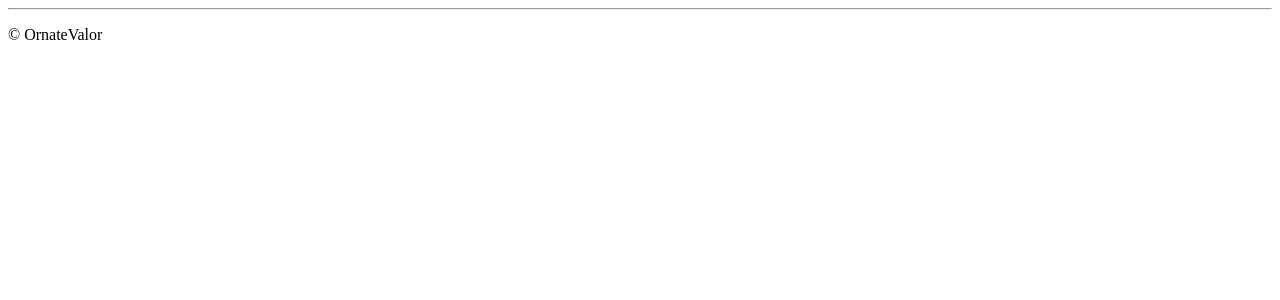
Repository: OrdnateValor/DegaTotal
Page: http://localhost/mini/include/footer.jsp
These files come from the project's save history. The page is drawn as it stood at one moment and after the next save; the edit follows.
The browser window is 1280 px wide. The pictures show the whole page.
The page is served by Tomcat 9.

Above is the page before, as saved 2021-09-20 12:11:58.

After the next save:
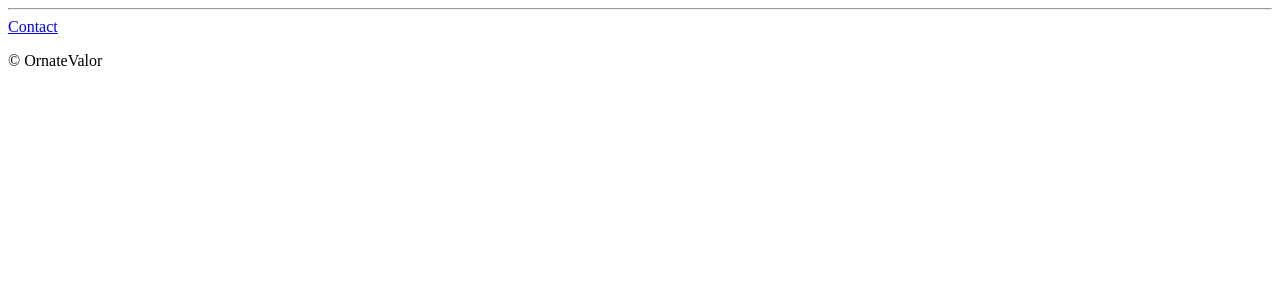
Saved 9 s later.
--- a/mini/src/main/webapp/include/footer.jsp
+++ b/mini/src/main/webapp/include/footer.jsp
@@ -1,7 +1,7 @@
 <footer class='navbar navbar-dark bg-secondary'>
 	<div class="container">
 		<hr>
-		<a href="https://www.bungie.net/7/ko/User/Profile/254/19164972/OrnateValor"></a>
+		<a href="https://www.bungie.net/7/ko/User/Profile/254/19164972/OrnateValor">Contact</a>
 		<p>&copy; OrnateValor</p>
 	</div>
 </footer>
